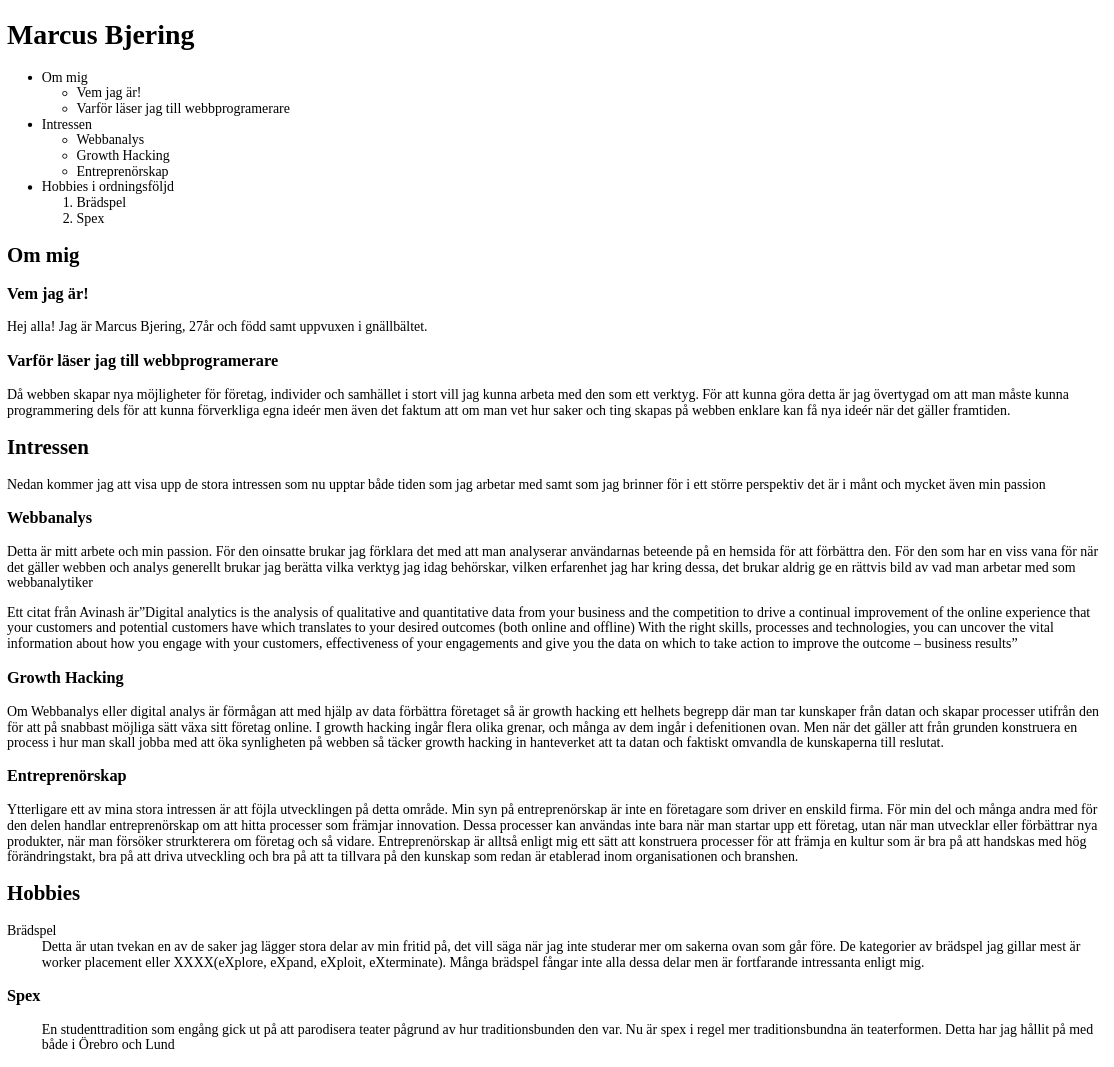
Repository: mb223ks/1IK415-laborationer
Page: pages/presentation.html
The author's editor kept a record of every edit. The page is drawn from the files as they stood at one moment, then again after the next edit.
The browser window is 1280 px wide. The pictures show the whole page, at 87% of full size.

Above is the page before.

After the next edit:
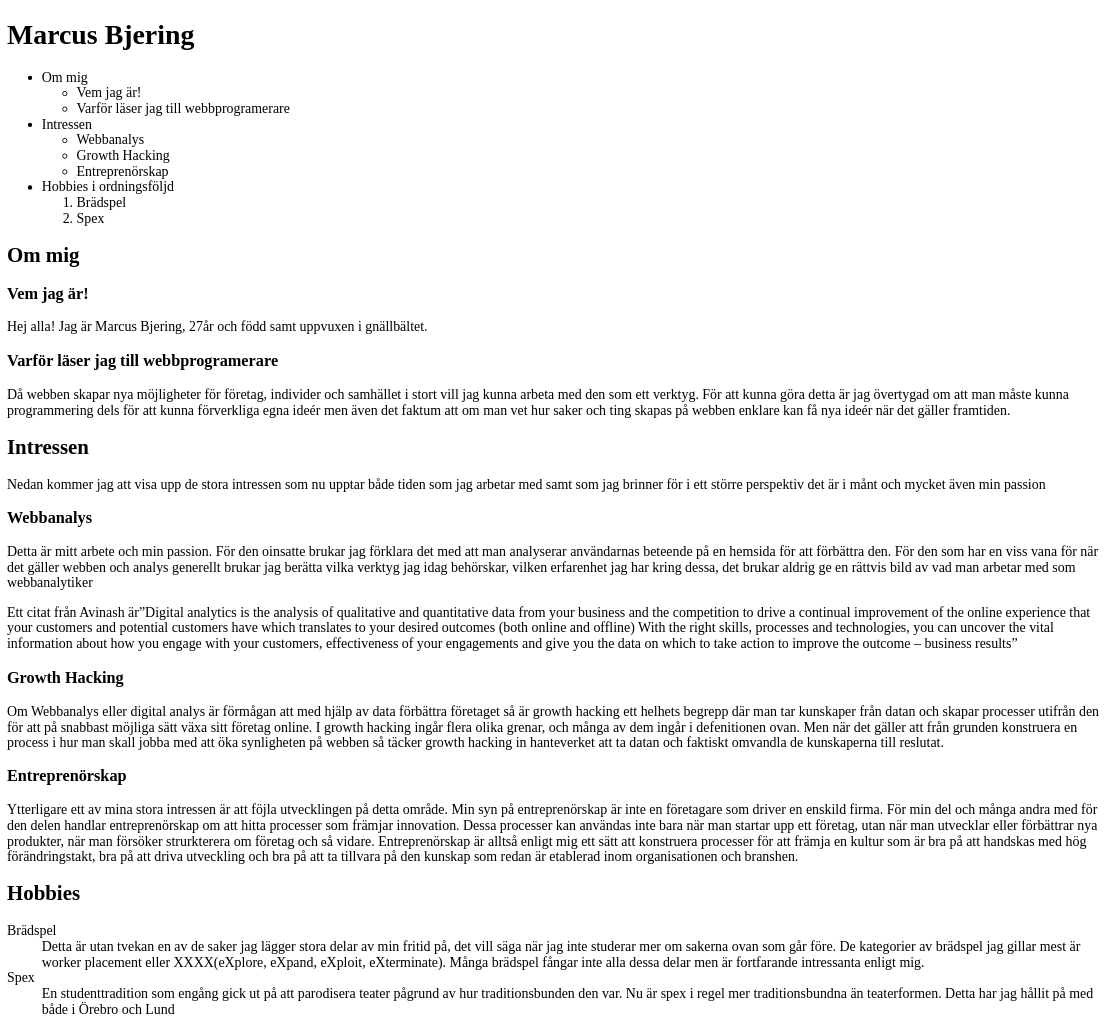
The edit:
--- a/pages/presentation.html
+++ b/pages/presentation.html
@@ -47,7 +47,7 @@
         <dl>
             <dt>Brädspel</dt></h3>
                 <dd>Detta är utan tvekan en av de saker jag lägger stora delar av min fritid på, det vill säga när jag inte studerar mer om sakerna ovan som går före. De kategorier av brädspel jag gillar mest är worker placement eller XXXX(eXplore, eXpand, eXploit, eXterminate). Många brädspel fångar inte alla dessa delar men är fortfarande intressanta enligt mig.</dd>
-            <h3><dt>Spex</dt></h3>
+            <dt>Spex</dt></h3>
                 <dd>En studenttradition som engång gick ut på att parodisera teater pågrund av hur traditionsbunden den var. Nu är spex i regel mer traditionsbundna än teaterformen. Detta har jag hållit på med både i Örebro och Lund</dd>
         </dl>
     </body>
